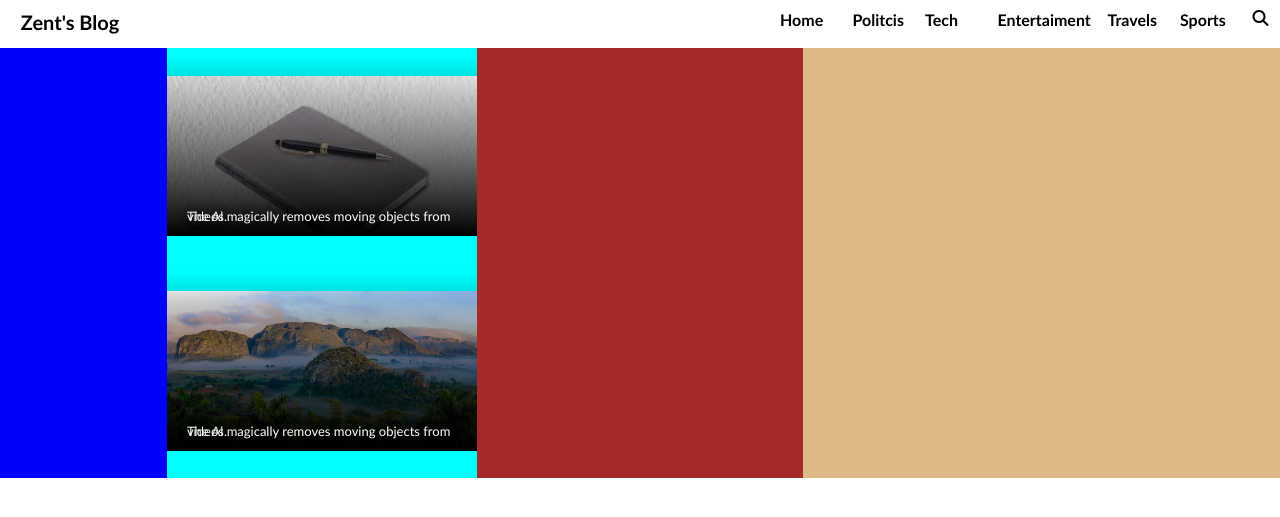
Repository: giacatdat2k5/html3
Page: html3.vs/7.1.html
The author's editor kept a copy of each file at every save. The page is drawn from the files as they stood at one save, then again after the next save.
The browser window is 1280 px wide. The pictures show the whole page.

Above is the page before, as saved 2023-09-27 14:17:37.

After the next save:
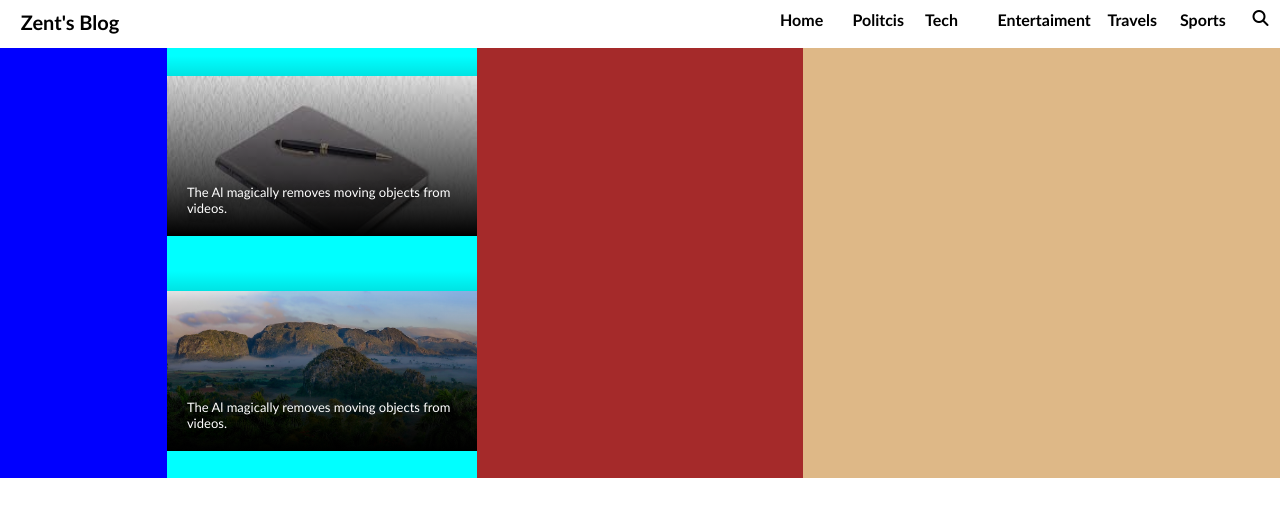
Saved 55 s later.
--- a/html3.vs/7.1.css
+++ b/html3.vs/7.1.css
@@ -66,7 +66,6 @@
     display: flex;
     flex-wrap: wrap;
     align-items: center;
-    line-height:0px ;
 }
 .iamge1{
     background-image: url('image5.jpeg');
@@ -100,6 +99,6 @@
 }
 .imagecenter{
     width: 80%;
-    height:80%;
+    height:372px;
 }
 }
